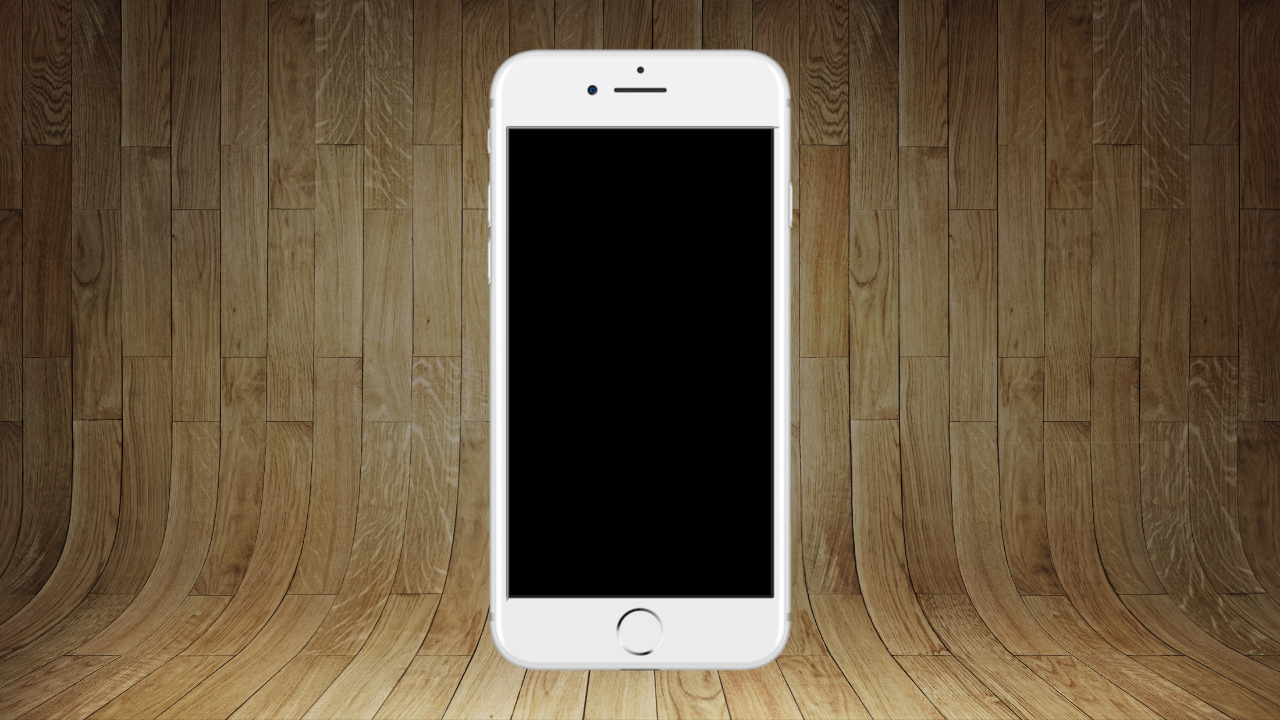
Repository: Sandro1969-tech/Projeto-social-desafio13
Page: index.html
These files come from the project's save history. The page is drawn as it stood at one moment and after the next save; the edit follows.
The browser window is 1280 px wide. The pictures show the whole page.

Above is the page before, as saved 2025-12-04 19:12:31.

After the next save:
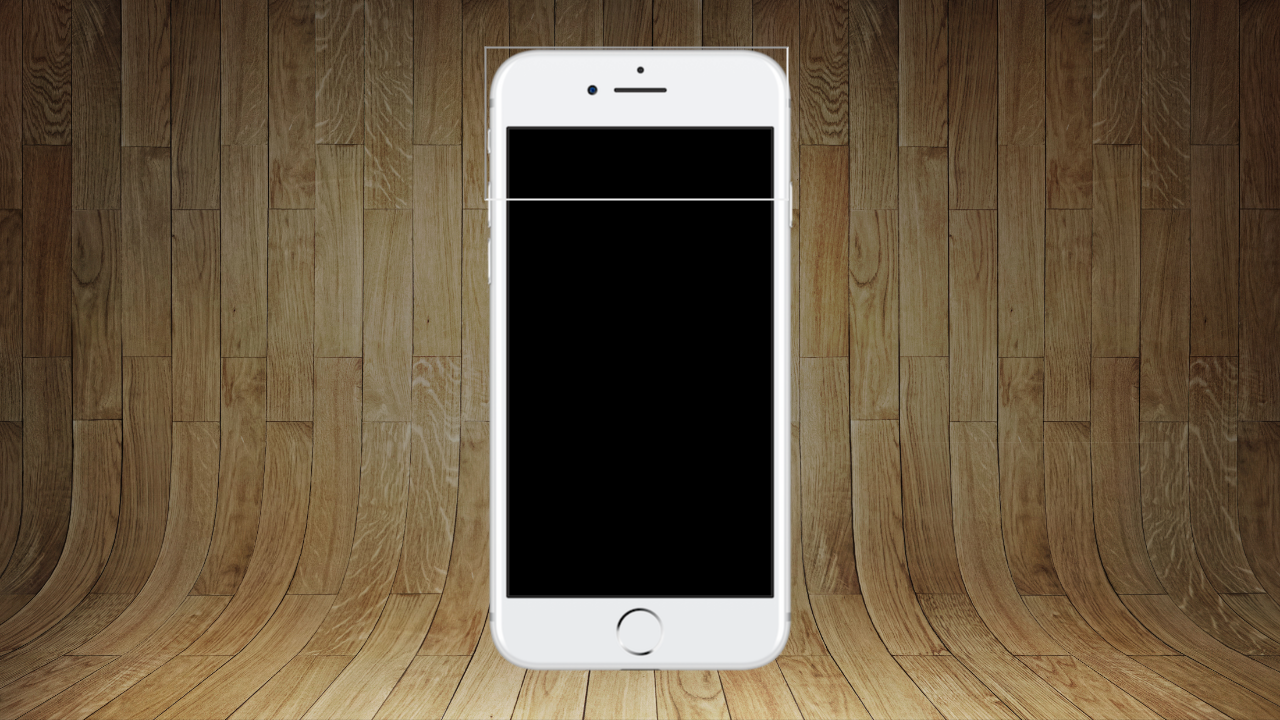
Saved 49 s later.
--- a/style.css
+++ b/style.css
@@ -34,11 +34,5 @@
     background: url(assets/image/frame-iphone.png) no-repeat;
 }
 
-section#telefone iframe {
-    position: relative;
-    top: 80px;
-    left: 22px;
-    height: 471px;
-    width: 269px;
 
 }
